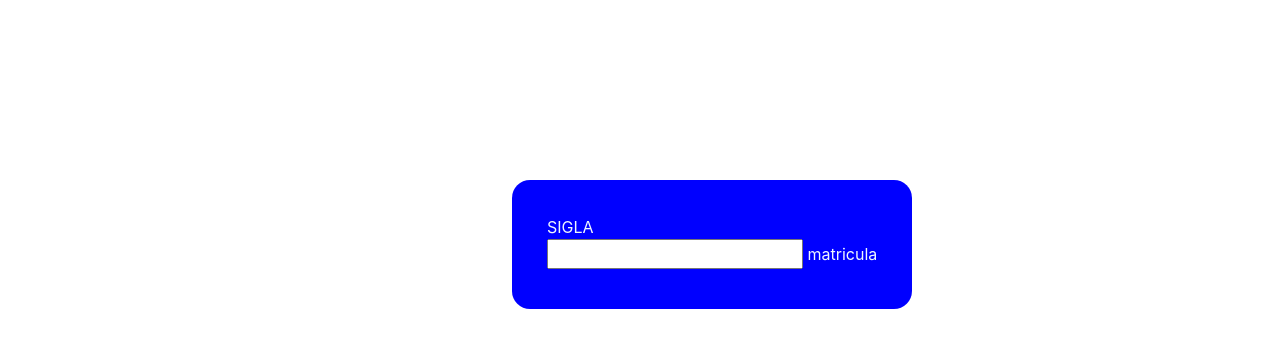
Repository: Melancia06/agenda
Page: index.html
The author's editor kept a copy of each file at every save. The page is drawn from the files as they stood at one save, then again after the next save.
The browser window is 1280 px wide. The pictures show the whole page.
The pointer rests on the first visible `.marca`.

Above is the page before, as saved 2024-08-08 09:24:54.

### index.html
<!DOCTYPE html>
<html lang="en">
<head>
    <meta charset="UTF-8">
    <meta name="viewport" content="width=device-width, initial-scale=1.0">
    <link rel="stylesheet" href="css/bootstrap.css">
    <link rel="stylesheet" href="css/fontawasome.css">
    <link rel="stylesheet" href="css/css.css">
    <title>começando a fazer esboço do sigla</title>
</head>
<body>
    <div class="marca" ><a class="marca-marca"> SIGLA</a>
        <br>
        <input type="text" name="matricula" id="matricula" class="input" required>
        <label for="matricula">matricula</label>
    </div>
</body>
</html>

### css/css.css
.marca{
    position: absolute;
   background-color:rgba(78, 78, 78, 0.3);
   left: 40%;
   top: 25%;
    padding: 35px;
    border-radius: 18px;
    color: aliceblue;
}
.marca:hover{
    background-color:blue;
}

Loaded but not shown: css/bootstrap.css (library); css/fontawasome.css (4616 lines, source omitted)

After the next save:
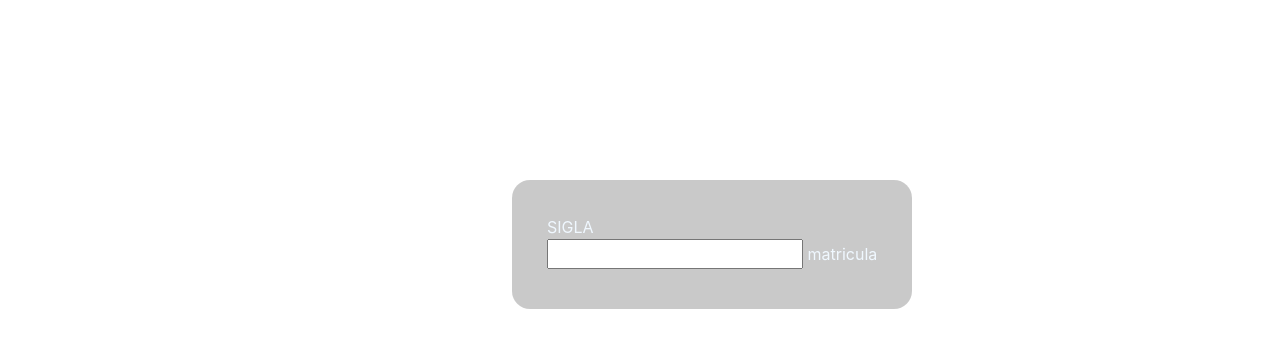
Saved 16 s later.
--- a/css/css.css
+++ b/css/css.css
@@ -7,6 +7,6 @@
     border-radius: 18px;
     color: aliceblue;
 }
-.marca:hover{
+.marca-marca:hover{
     background-color:blue;
 }
